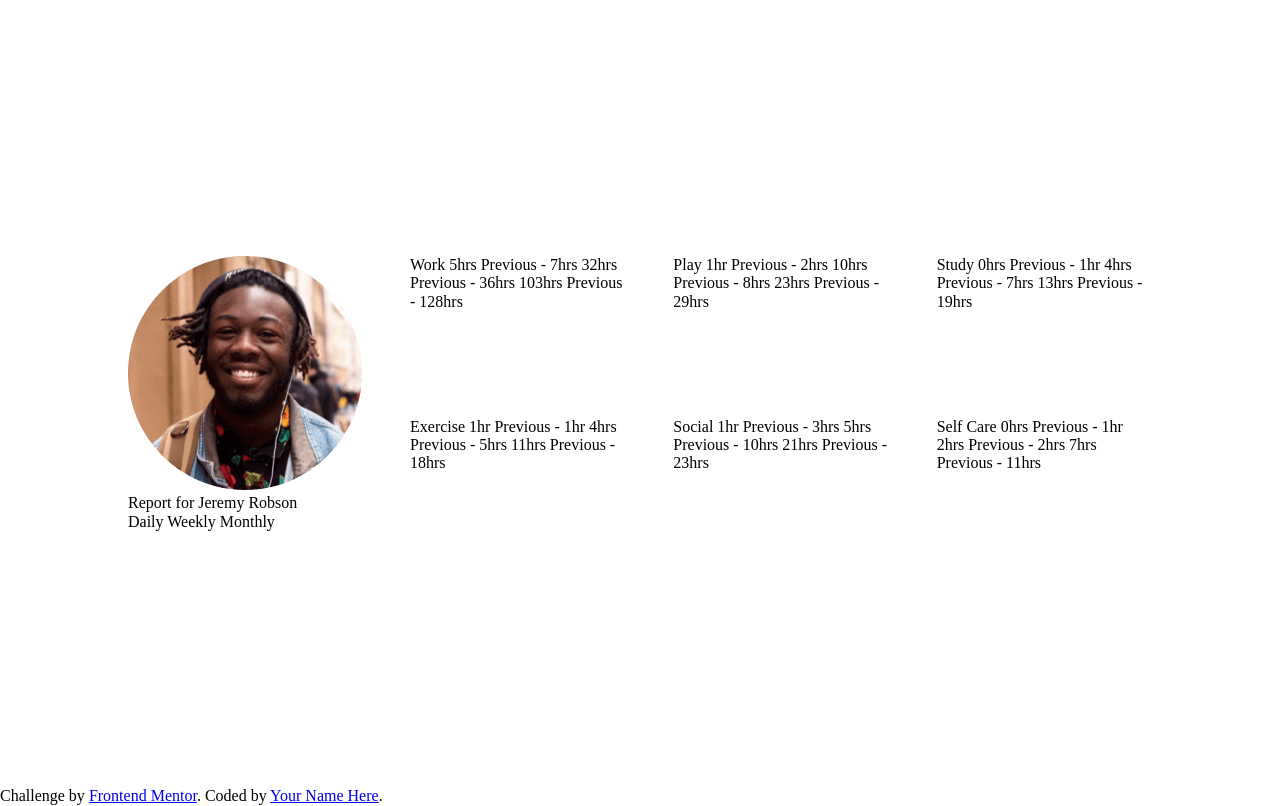
Repository: Jay-JYKim91/FM_time-tracking-dashboard
Page: index.html
These files come from the project's save history. The page is drawn as it stood at one moment and after the next save; the edit follows.
The browser window is 1280 px wide. The pictures show the whole page.

Above is the page before, as saved 2021-12-15 21:43:09.

After the next save:
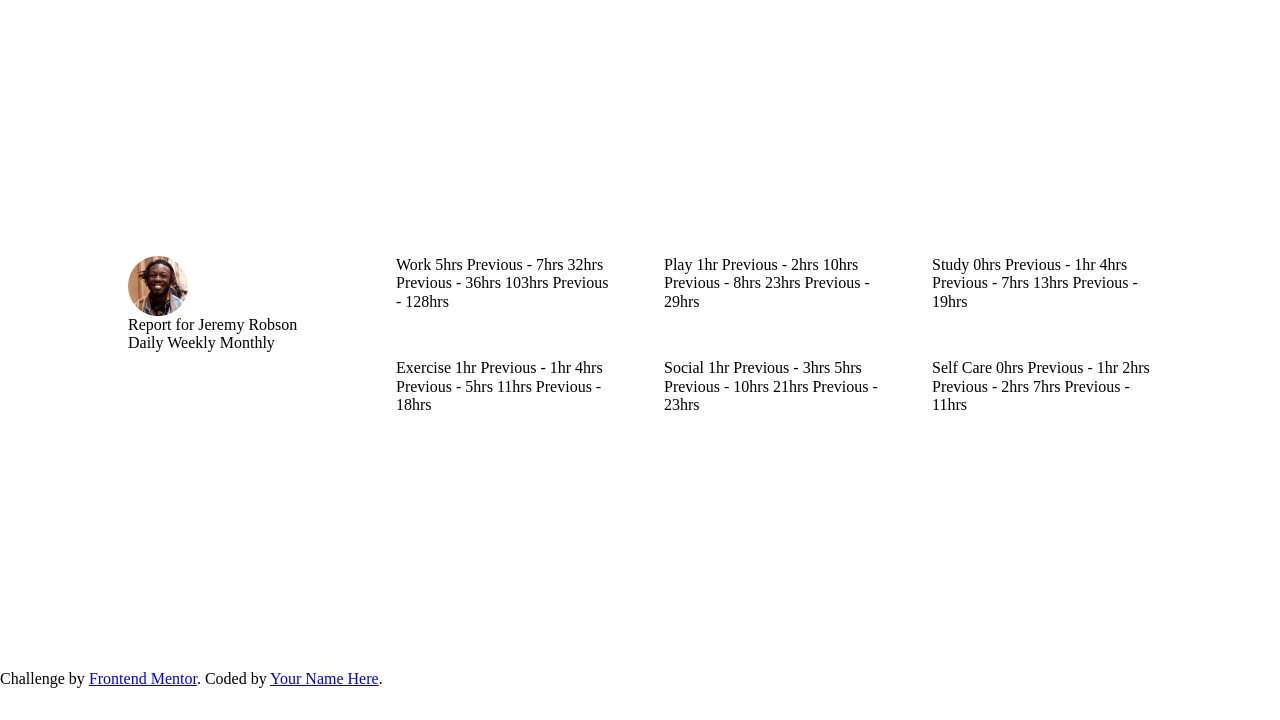
Saved 80 s later.
--- a/style.css
+++ b/style.css
@@ -29,6 +29,10 @@
 .card:first-child {
   grid-row: 1 / 3;
 }
+.profile {
+  width: 60px;
+  display: block;
+}
 @media (min-width: 768px) and (max-width: 1023px) {
 }
 
